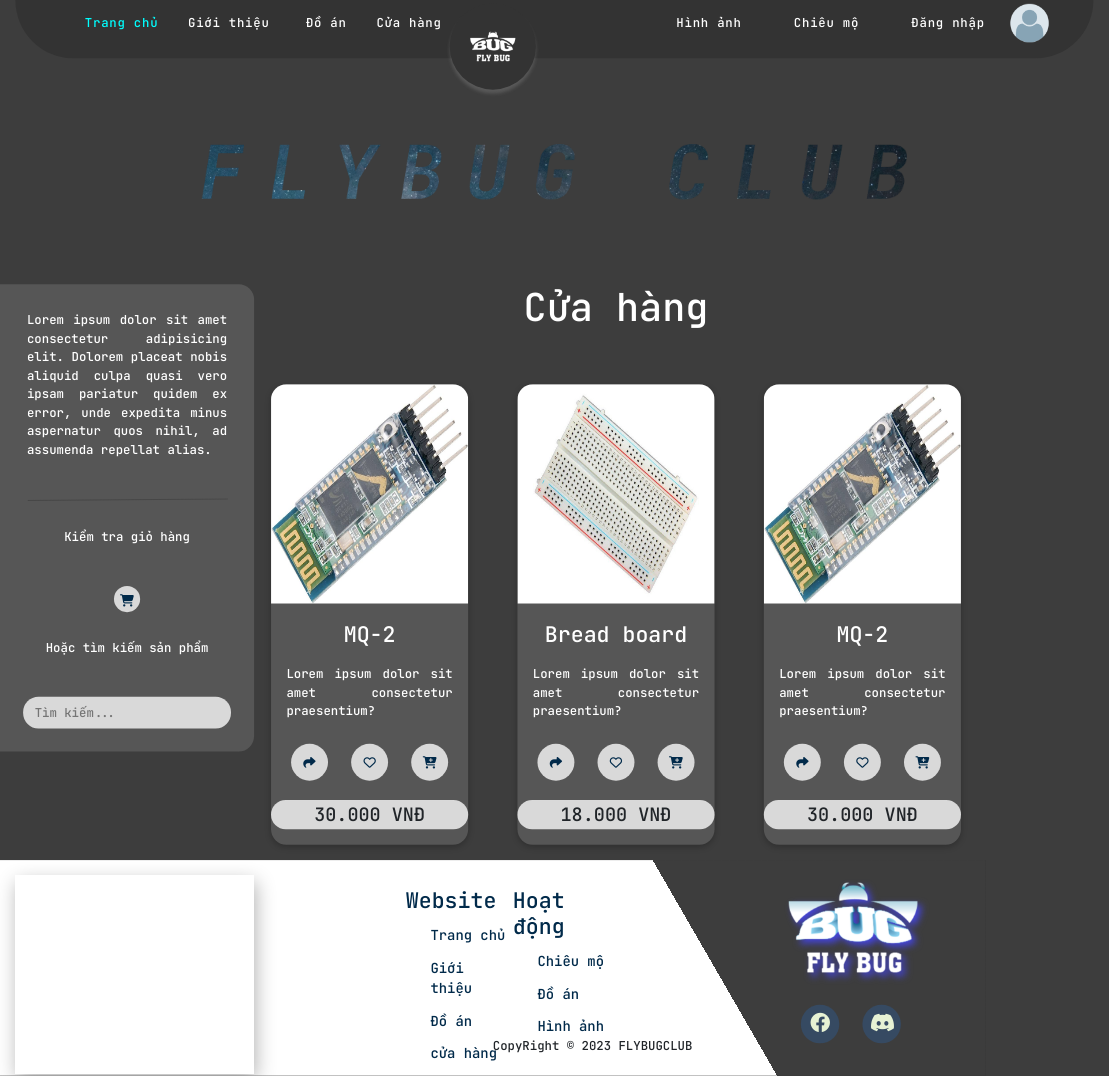
Repository: NQD2308/FlyBugClub_WebApp
Page: PROJECT FLYNUG/html/store.html
These files come from the project's save history. The page is drawn as it stood at one moment and after the next save; the edit follows.
The browser window is 1280 px wide. The page is 1440 px wide, so the pictures cover 1440 px, including what lies to the right of the window. The pictures show the whole page, at 77% of full size.
Pictures or frames that could not be fetched are drawn as grey boxes.

Above is the page before, as saved 2023-09-18 11:32:59.

After the next save:
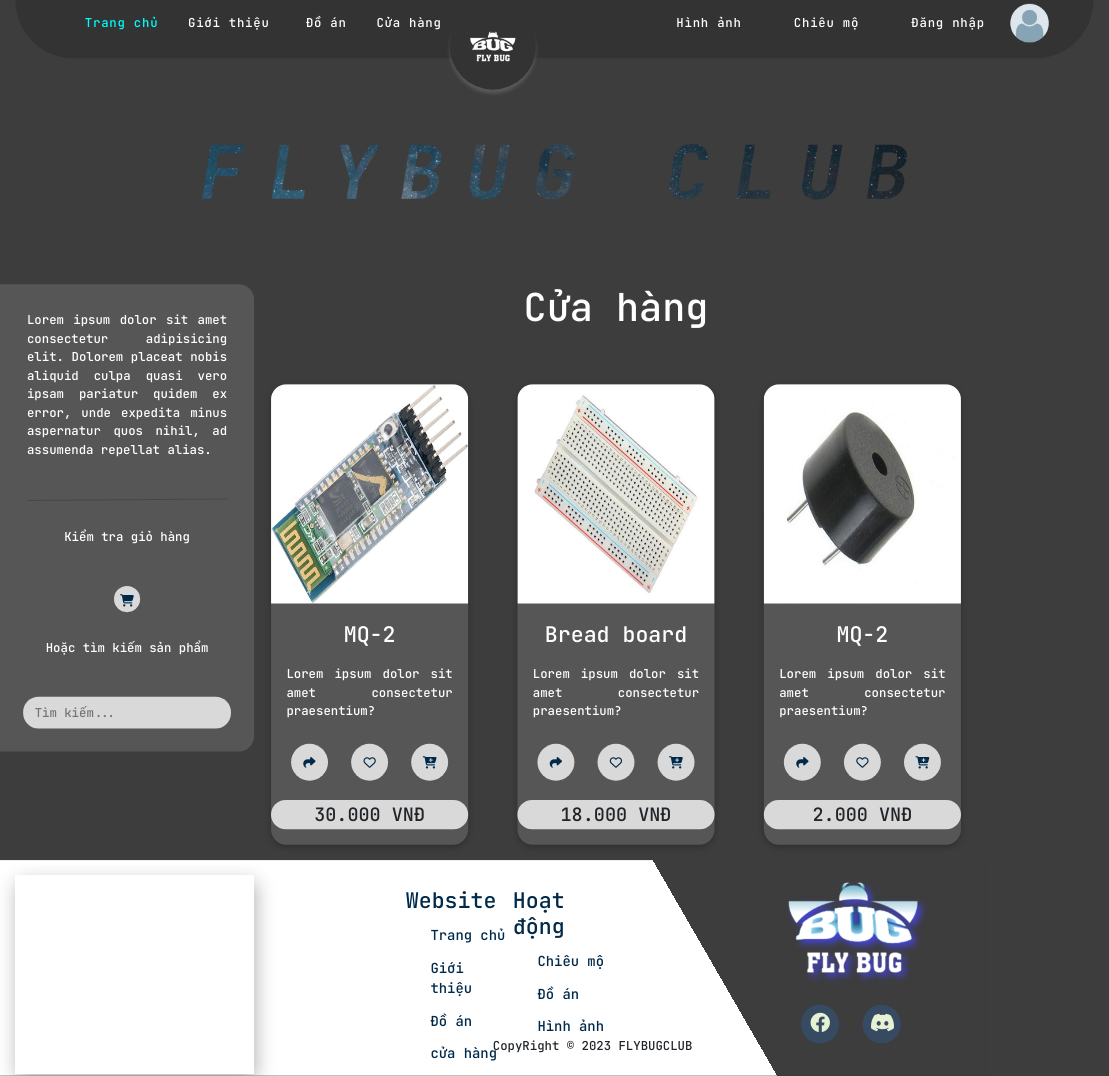
Saved 19 s later.
--- a/PROJECT FLYNUG/html/store.html
+++ b/PROJECT FLYNUG/html/store.html
@@ -147,7 +147,7 @@
                                 </div>
                                 <div class="col col-md-4">
                                     <div class="item-card">
-                                        <img src="../img/bluth.jpg" alt="Photo item store">
+                                        <img src="../img/buzzer.jpg" alt="Photo item store">
                                         <h3>MQ-2</h3>
                                         <p>Lorem ipsum dolor sit amet consectetur praesentium?</p>
                                         <div class="center icon-card">
@@ -168,7 +168,7 @@
                                             </button>
                                         </div>
                                         <div class="center item-price">
-                                            <h2>30.000 VNĐ</h2>
+                                            <h2>2.000 VNĐ</h2>
                                         </div>
                                     </div>
                                 </div>
